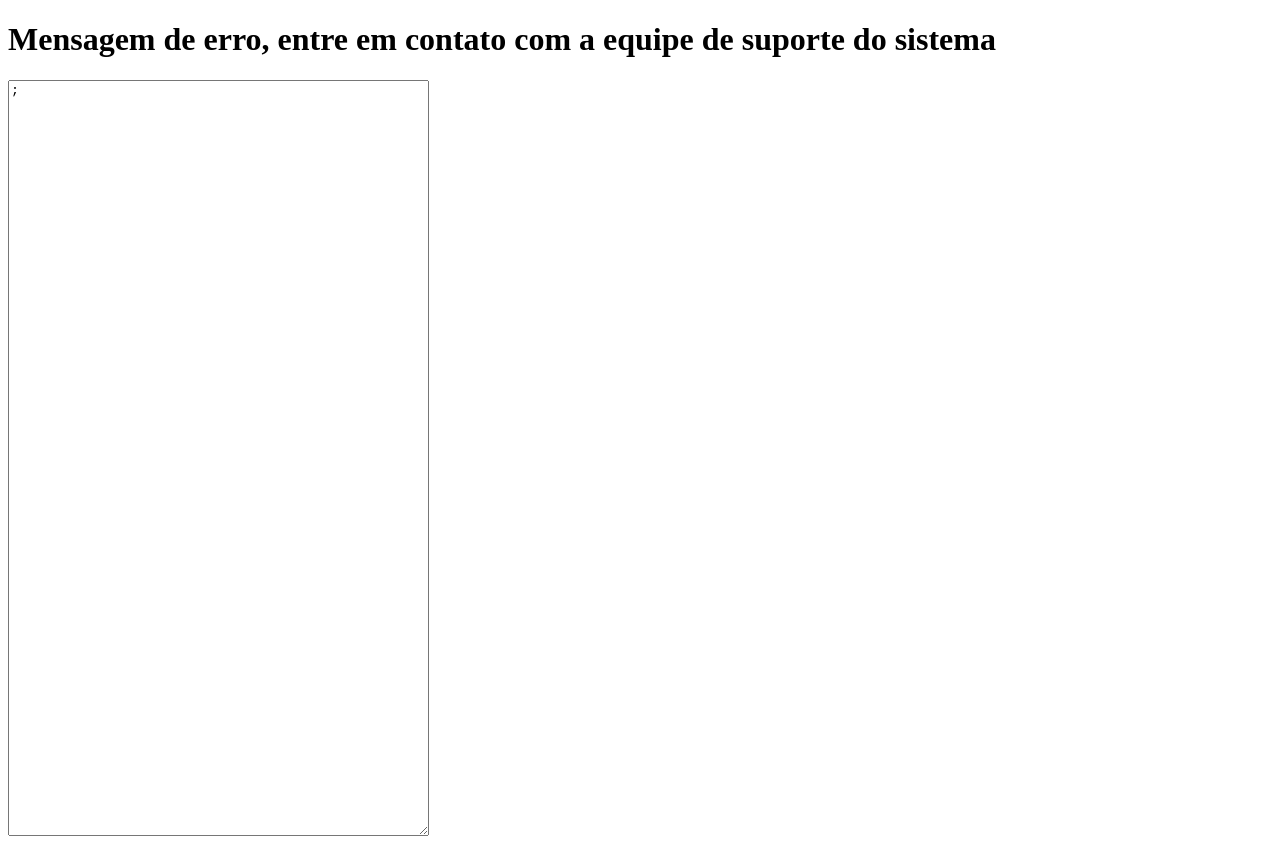
Repository: EduCarmo/PROJETO_JAVA-JSP_JDBC_SQL_JAVA
Page: http://localhost/curso-jsp/erro.jsp
These files come from the project's save history. The page is drawn as it stood at one moment and after the next save; the edit follows.
The browser window is 1280 px wide. The pictures show the whole page.
The page is served by Tomcat 10. Other server files are loaded and not shown.

Above is the page before, as saved 2024-03-13 19:45:29.

### curso-jsp/src/main/webapp/erro.jsp
<%@ page language="java" contentType="text/html; charset=UTF-8"
    pageEncoding="UTF-8"%>
<!DOCTYPE html>
<html>
<head>
<meta charset="UTF-8">
<title>Erro JSP</title>
</head>
<body>
<h1>Mensagem de erro, entre em contato com a equipe de suporte do sistema</h1>
<textarea rows="50" cols="50">${msg};</textarea>
</body>
</html>

After the next save:
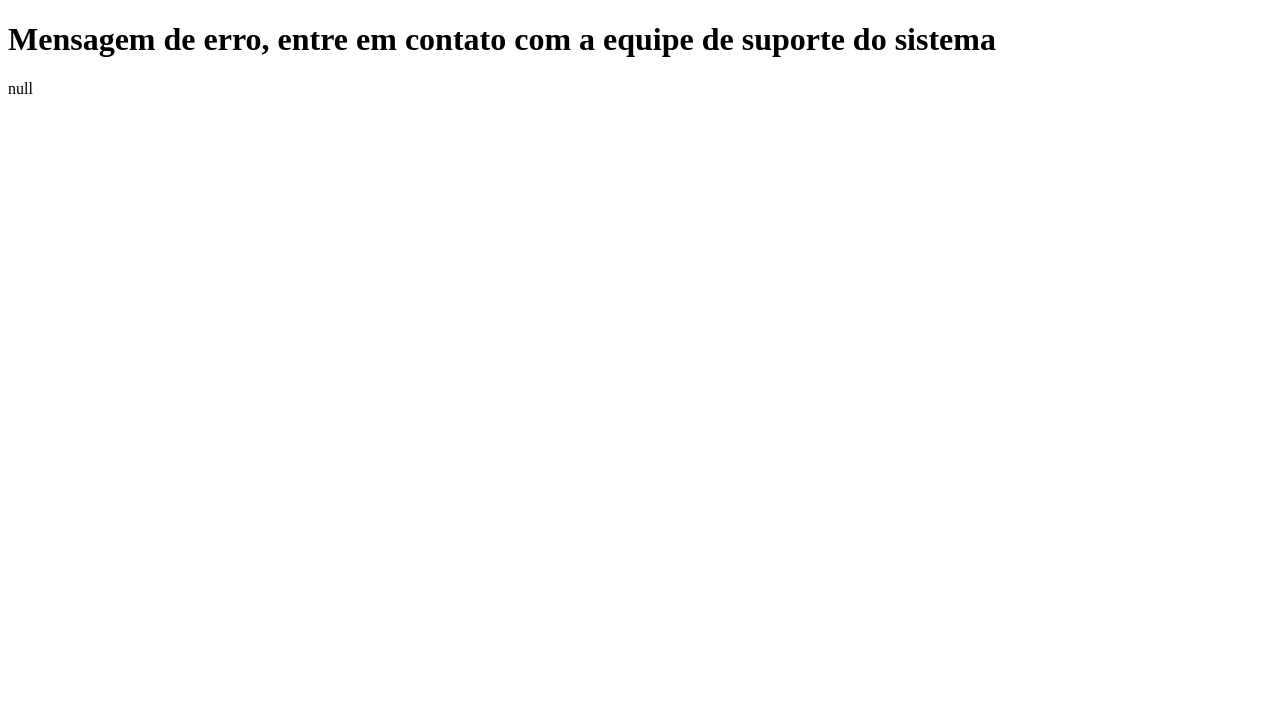
Saved 68 s later.
--- a/curso-jsp/src/main/webapp/erro.jsp
+++ b/curso-jsp/src/main/webapp/erro.jsp
@@ -8,6 +8,9 @@
 </head>
 <body>
 <h1>Mensagem de erro, entre em contato com a equipe de suporte do sistema</h1>
-<textarea rows="50" cols="50">${msg};</textarea>
+<%
+	out.print(request.getAttribute("msg"));
+%>
+
 </body>
 </html>
